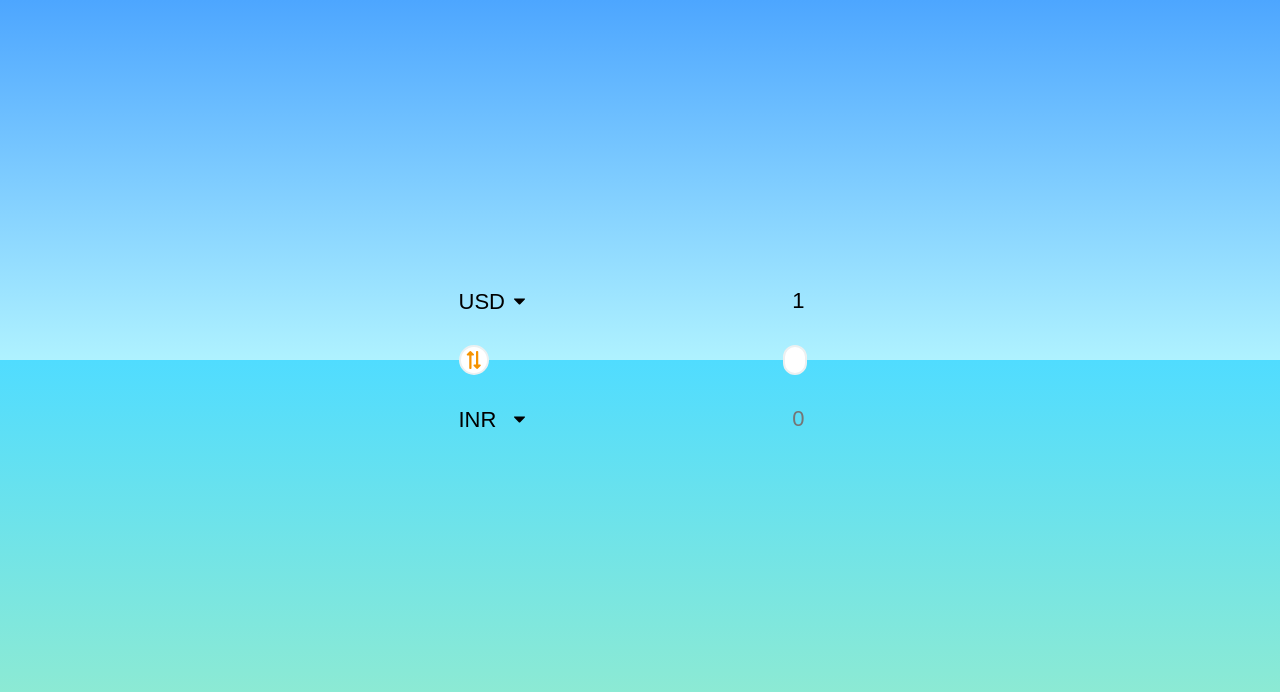
Repository: Sp4ngl3r/Currency-Converter
Page: currency.html
An editor plug-in stored every save of this project. The page is shown before and after the next save, followed by the edit.
The browser window is 1280 px wide. The pictures show the whole page.
Some web fonts or font styles are not loaded; a fallback is used. Some web libraries are served in a nearby version.

Above is the page before, as saved 2020-04-18 18:28:41.
Console error: TypeError: Cannot read properties of null (reading 'addEventListener')

### currency.html
<html lang="en">
  <head>
    <meta charset="UTF-8" />
    <title>USD to INR</title>
    <link
      rel="stylesheet"
      href="https://cdnjs.cloudflare.com/ajax/libs/font-awesome/5.10.2/css/all.min.css"
    />
    <link rel="stylesheet" href="currency.css" />
  </head>

  <body>
    <div class="container">
      <div class="currency">
        <select id="from_currency">
          <option value="AED">AED</option>
          <option value="ARS">ARS</option>
          <option value="AUD">AUD</option>
          <option value="BGN">BGN</option>
          <option value="BRL">BRL</option>
          <option value="BSD">BSD</option>
          <option value="CAD">CAD</option>
          <option value="CHF">CHF</option>
          <option value="CLP">CLP</option>
          <option value="CNY">CNY</option>
          <option value="COP">COP</option>
          <option value="CZK">CZK</option>
          <option value="DKK">DKK</option>
          <option value="DOP">DOP</option>
          <option value="EGP">EGP</option>
          <option value="EUR">EUR</option>
          <option value="FJD">FJD</option>
          <option value="GBP">GBP</option>
          <option value="GTQ">GTQ</option>
          <option value="HKD">HKD</option>
          <option value="HRK">HRK</option>
          <option value="HUF">HUF</option>
          <option value="IDR">IDR</option>
          <option value="ILS">ILS</option>
          <option value="INR">INR</option>
          <option value="ISK">ISK</option>
          <option value="JPY">JPY</option>
          <option value="KRW">KRW</option>
          <option value="KZT">KZT</option>
          <option value="MXN">MXN</option>
          <option value="MYR">MYR</option>
          <option value="NOK">NOK</option>
          <option value="NZD">NZD</option>
          <option value="PAB">PAB</option>
          <option value="PEN">PEN</option>
          <option value="PHP">PHP</option>
          <option value="PKR">PKR</option>
          <option value="PLN">PLN</option>
          <option value="PYG">PYG</option>
          <option value="RON">RON</option>
          <option value="RUB">RUB</option>
          <option value="SAR">SAR</option>
          <option value="SEK">SEK</option>
          <option value="SGD">SGD</option>
          <option value="THB">THB</option>
          <option value="TRY">TRY</option>
          <option value="TWD">TWD</option>
          <option value="UAH">UAH</option>
          <option value="USD" selected>USD</option>
          <option value="UYU">UYU</option>
          <option value="VND">VND</option>
          <option value="ZAR">ZAR</option>
        </select>
        <input type="number" id="from_ammount" placeholder="0" value="1" />
      </div>
      <div class="middle">
        <button id="exchange">
          <i class="fas fa-exchange-alt"></i>
        </button>
        <div class="rate" id="rate"></div>
      </div>
      <div class="currency">
        <select id="to_currency"
          ><option value="AED">AED</option>
          <option value="ARS">ARS</option>
          <option value="AUD">AUD</option>
          <option value="BGN">BGN</option>
          <option value="BRL">BRL</option>
          <option value="BSD">BSD</option>
          <option value="CAD">CAD</option>
          <option value="CHF">CHF</option>
          <option value="CLP">CLP</option>
          <option value="CNY">CNY</option>
          <option value="COP">COP</option>
          <option value="CZK">CZK</option>
          <option value="DKK">DKK</option>
          <option value="DOP">DOP</option>
          <option value="EGP">EGP</option>
          <option value="EUR">EUR</option>
          <option value="FJD">FJD</option>
          <option value="GBP">GBP</option>
          <option value="GTQ">GTQ</option>
          <option value="HKD">HKD</option>
          <option value="HRK">HRK</option>
          <option value="HUF">HUF</option>
          <option value="IDR">IDR</option>
          <option value="ILS">ILS</option>
          <option value="INR" selected>INR</option>
          <option value="ISK">ISK</option>
          <option value="JPY">JPY</option>
          <option value="KRW">KRW</option>
          <option value="KZT">KZT</option>
          <option value="MXN">MXN</option>
          <option value="MYR">MYR</option>
          <option value="NOK">NOK</option>
          <option value="NZD">NZD</option>
          <option value="PAB">PAB</option>
          <option value="PEN">PEN</option>
          <option value="PHP">PHP</option>
          <option value="PKR">PKR</option>
          <option value="PLN">PLN</option>
          <option value="PYG">PYG</option>
          <option value="RON">RON</option>
          <option value="RUB">RUB</option>
          <option value="SAR">SAR</option>
          <option value="SEK">SEK</option>
          <option value="SGD">SGD</option>
          <option value="THB">THB</option>
          <option value="TRY">TRY</option>
          <option value="TWD">TWD</option>
          <option value="UAH">UAH</option>
          <option value="USD">USD</option>
          <option value="UYU">UYU</option>
          <option value="VND">VND</option>
          <option value="ZAR">ZAR</option>
        </select>
        <input type="number" id="to_amount" placeholder="0" />
      </div>
    </div>
    <script src="currency.js"></script>
  </body>
</html>

### currency.css
@import url("https://fonts.googleapis.com/css?family=Muli&display=swap");
* {
  box-sizing: border-box;
}
body {
  background: linear-gradient(
    to bottom,
    #4da6ff 0%,
    #aff2ff 50%,
    #50dcff 50%,
    #91ebd0 100%
  );
  font-family: "Muli", fantasy;
  display: flex;
  flex-direction: column;
  justify-content: center;
  align-items: center;
  height: 100vh;
  margin: 0;
}
.currency {
  display: flex;
  align-items: center;
  justify-content: space-between;
}
.currency select {
  background: transparent;
  background-image: url("data:[embedded picture, 475 characters]");
  background-repeat: no-repeat, repeat;
  background-position: right 0.2em top 50%, 0 0;
  background-size: 0.5em auto, 100%;
  border: 0;
  padding-right: 20px;
  font-size: 22px;
  -moz-appearance: none;
  -webkit-appearance: none;
  appearance: none;
}
.currency input {
  border: 0;
  background: transparent;
  font-size: 22px;
  text-align: right;
}
.middle {
  color: #f59300;
  display: flex;
  align-items: center;
  justify-content: space-between;
}
.middle button {
  background-color: #fff;
  border: 2px solid #ecf0f1;
  border-radius: 50%;
  cursor: pointer;
  color: #f59300;
  font-size: 18px;
  display: flex;
  align-items: center;
  justify-content: center;
  height: 30px;
  width: 30px;
  transform: rotate(90deg);
}
.middle button:active {
  transform: rotate(90deg) scale(0.9);
}
.middle .rate {
  background-color: #fff;
  border: 2px solid #ecf0f1;
  border-radius: 50px;
  font-size: 18px;
  display: flex;
  align-items: center;
  justify-content: center;
  height: 30px;
  padding: 0 10px;
  margin: 30px 15px 30px 25px;
}
select:focus,
input:focus,
button:focus {
  outline: 0;
}

### currency.js
const from_currencyEl = document.getElementById("from_currency");
const from_ammountEl = document.getElementById("from_ammount");
const to_currencyEl = document.getElementById("to_currency");
const to_ammountEl = document.getElementById("to_ammount");
const rateEl = document.getElementById("rate");
const exchange = document.getElementById("exchange");

from_currencyEl.addEventListener("change", calculate);
from_ammountEl.addEventListener("input", calculate);
to_currencyEl.addEventListener("change", calculate);
to_ammountEl.addEventListener("input", calculate);

exchange.addEventListener("click", () => {
  const temp = from_currencyEl.value;
  from_currencyEl.value = to_currencyEl.value;
  to_currencyEl.value = temp;
  calculate();
});

function calculate() {
  const from_currency = from_currencyEl.value;
  const to_currency = to_currencyEl.value;

  fetch(`https://api.exchangerate-api.com/v4/latest/${from_currency}`)
    .then((res) => res.json())
    .then((res) => {
      const rate = res.rates[to_currency];
      rateEl.innerText = `1 ${from_currency} = ${rate} ${to_currency}`;
      to_ammountEl.value = (from_ammountEl.value * rate).toFixed(2);
    });
}

calculate();

After the next save:
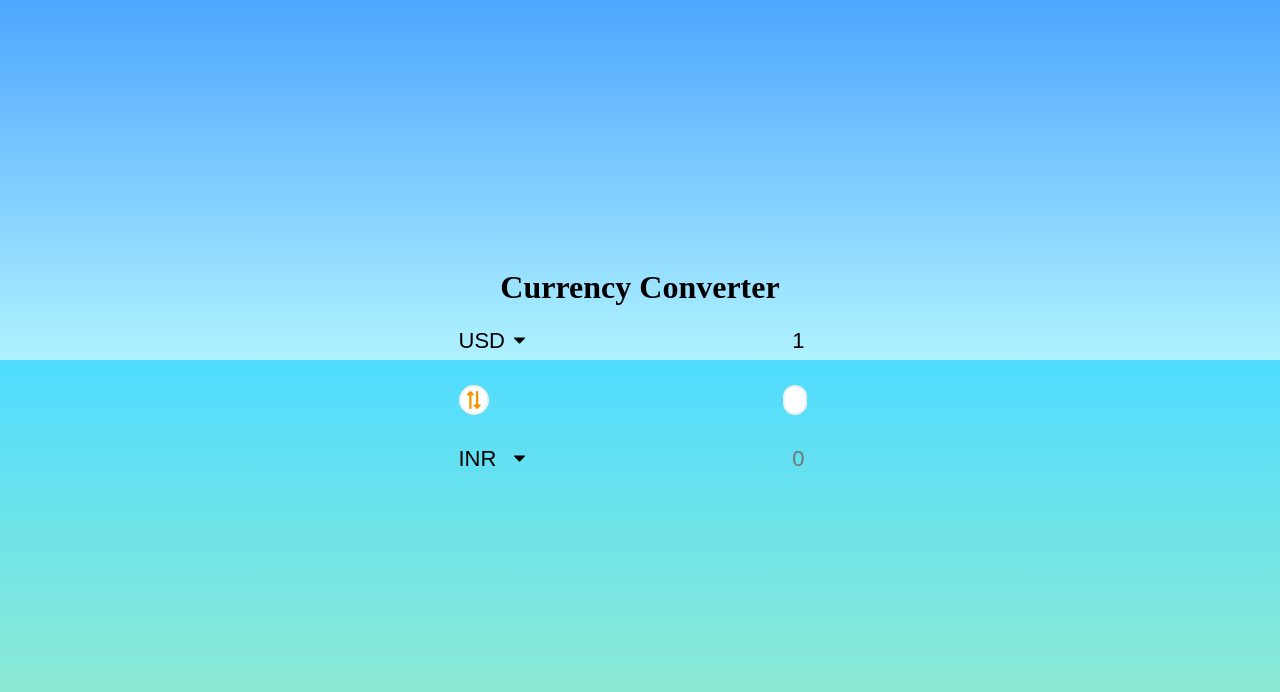
Saved 2 min 27 s later.
--- a/currency.html
+++ b/currency.html
@@ -8,8 +8,8 @@
     />
     <link rel="stylesheet" href="currency.css" />
   </head>
-
   <body>
+    <h1>Currency Converter</h1>
     <div class="container">
       <div class="currency">
         <select id="from_currency">
